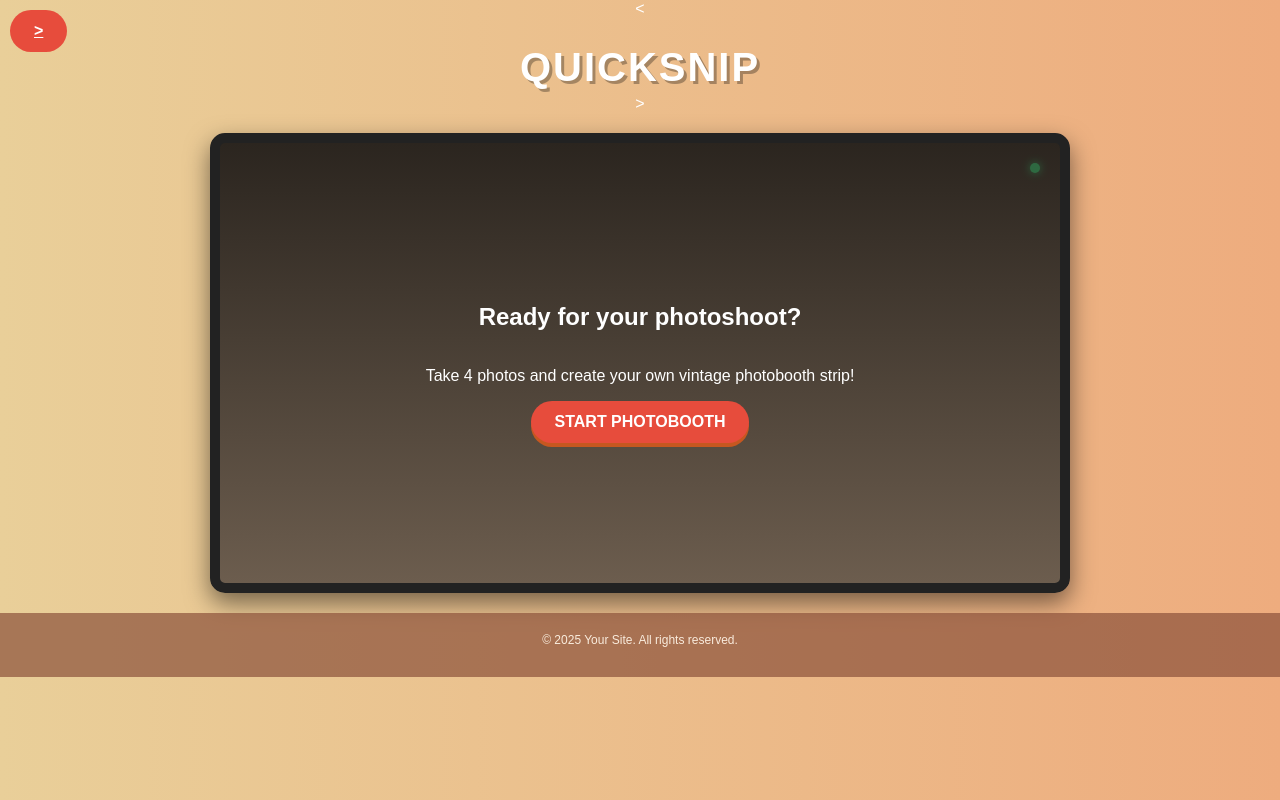
Repository: Strawb3rryjam/QuickSnip
Page: photobooth.html
These files come from the project's save history. The page is drawn as it stood at one moment and after the next save; the edit follows.
The browser window is 1280 px wide. The pictures show the whole page.
Some web fonts or font styles are not loaded; a fallback is used.

Above is the page before, as saved 2025-05-10 16:40:37.

### photobooth.html
<!DOCTYPE html>
<html lang="en">

<head>
    <meta charset="UTF-8">
    <meta name="viewport" content="width=device-width, initial-scale=1.0">
    <title>Retro Photobooth</title>
    <link rel="stylesheet" href="styles.css">

    <!--Font-->
    <link rel="preconnect" href="https://fonts.googleapis.com">
    <link rel="preconnect" href="https://fonts.gstatic.com" crossorigin>
    <link href="https://fonts.googleapis.com/css2?family=Titan+One&display=swap" rel="stylesheet">
</head>

<body>
    <div>
        <a href="index.html" id="home" class="button">></a>

    </div>


    < <h1>QUICKSNIP</h1>
        > <div class="container">
            <div class="retro-light"></div>

            <div class="start-screen" id="startScreen">

                <h2>Ready for your photoshoot?</h2>
                <p>Take 4 photos and create your own vintage photobooth strip!</p>
                <button id="startButton">Start Photobooth</button>
            </div>

            <div class="camera-container" id="cameraContainer">
                <video id="camera" autoplay playsinline></video>
                <div class="countdown" id="countdown"></div>
                <div class="flash" id="flash"></div>
                <div class="loading-message" id="loadingMessage">Initializing camera...</div>
            </div>



            <div class="controls" id="cameraControls" style="display: none;">
                <button id="captureButton">Take Photos</button>
            </div>

            <div class="photostrip-container" id="photostripContainer">
                <div class="photostrip" id="photostrip">
                    <div class="photostrip-branding"><img src="/assets/logo.svg" alt="QuickSnip Logo">
                    </div>
                </div>

                <div class="editor-tools">
                    <div>
                        <h3>Border Color</h3>
                        <div class="color-picker" id="colorPicker">
                            <div class="color selected" style="background-color: white;" data-color="white"></div>
                            <div class="color" style="background-color: #ffcc00;" data-color="#ffcc00"></div>
                            <div class="color" style="background-color: #ff6b6b;" data-color="#ff6b6b"></div>
                            <div class="color" style="background-color: #48dbfb;" data-color="#48dbfb"></div>
                            <div class="color" style="background-color: #1dd1a1;" data-color="#1dd1a1"></div>
                            <div class="color" style="background-color: #f368e0;" data-color="#f368e0"></div>
                            <div class="color" style="background-color: #ff9f43;" data-color="#ff9f43"></div>
                            <div class="color" style="background-color: black;" data-color="black"></div>
                        </div>
                    </div>

                    <div>
                        <h3>Add Stickers</h3>
                        <div class="stickers" id="stickerPicker">
                            <div class="sticker">⭐</div>
                            <div class="sticker">❤️</div>
                            <div class="sticker">🌈</div>
                            <div class="sticker">😎</div>
                            <div class="sticker">🎉</div>
                            <div class="sticker">✨</div>
                            <div class="sticker">💯</div>
                            <div class="sticker">🔥</div>
                            <div class="sticker">👑</div>
                            <div class="sticker">🦄</div>
                        </div>
                    </div>

                    <button id="downloadButton">Download Photostrip</button>
                    <button id="resetButton">Take New Photos</button>
                </div>
            </div>
        </div>

        <footer id="copyright">
            © 2025 Your Site. All rights reserved.
        </footer>

        <script src="https://cdnjs.cloudflare.com/ajax/libs/html2canvas/1.4.1/html2canvas.min.js"></script>
        <script src="scripts.js"></script>
        <script src="https://cdnjs.cloudflare.com/ajax/libs/html2canvas/1.4.1/html2canvas.min.js"></script>

</body>

</html>

### styles.css


body {
  font-family: 'titan-one-regular', sans-serif;
  background-color: #f0f0f0;
  margin: 0;
  padding: 0;
  padding-bottom: 80px;
  display: flex;
  flex-direction: column;
  align-items: center;
  min-height: 100vh;
  background-image: linear-gradient(to right,#E9CF99, #EEAC7E);
  color: white;
  text-align: center;
}

h1 {
  font-family: 'titan-one-regular', sans-serif;
  letter-spacing: 2px;
  font-size: 2.5rem;
  text-shadow: 3px 3px 0px rgba(0, 0, 0, 0.3);
  margin-bottom: 5px;
}


.photobooth-exterior {
  position: relative;
  width: 100vw;
  height: 100vh;
  overflow: hidden;
  display: flex;
  justify-content: center;
  align-items: center;
}



.entrance {
  position: absolute;
  top: 0;
  left: 0;
  width: 100%;
  height: 100%;
  object-fit: cover;
  object-position: center;
  z-index: -1;
}




#curtain {
  position: absolute;
  width: 20vw; /* Responsive width */
  height: 428px; /* Let it scale proportionally */
  left: 50%; /* Center-ish position */
  top: 35%;  /* Adjust as needed */
  transform: translate(-30%, -14%); /* Centers the image on its position point */
  object-fit: contain;
  cursor: pointer;
  z-index: 1; /* Above entrance image */
}


#home {
  position: absolute;
  top: 0;
  left: 0;
  background-color: #e74c3c;
  color: white;
  border: none;
  padding: 12px 24px;
  font-size: 16px;
  border-radius: 30px;
  cursor: pointer;
  transition: all 0.3s;
  font-weight: bold;
  text-transform: uppercase;

  margin-top: 10px;
  margin-left: 10px;
}




#home:hover {
  background-color: #e60000;
}




.container {
  max-width: 800px;
  width: 95%;
  background-image: linear-gradient(to bottom, #2b251f,#6C5D4E);
  border-radius: 15px;
  padding: 20px;
  box-shadow: 0 10px 25px rgba(0, 0, 0, 0.5);
  margin: 20px 0;
  border: 10px solid #222;
  position: relative;
}

.start-screen {
  display: flex;
  flex-direction: column;
  align-items: center;
  justify-content: center;
  height: 400px;
}

.camera-container {
  position: relative;
  margin: 0 auto;
  width: 100%;
  max-width: 640px;
  border-radius: 8px;
  overflow: hidden;
  display: none;
}

#camera {
  width: 100%;
  height: auto;
  background-color: #222;
  border-radius: 8px;
  transform: scaleX(-1);
}

.controls {
  margin-top: 20px;
  display: flex;
  justify-content: center;
  flex-wrap: wrap;
  gap: 10px;
}

button {
  background-color: #e74c3c;
  color: white;
  border: none;
  padding: 12px 24px;
  font-size: 16px;
  border-radius: 30px;
  cursor: pointer;
  transition: all 0.3s;
  font-weight: bold;
  box-shadow: 0 4px 0 #c65720;
  text-transform: uppercase;
}

button:hover {
  background-color: #dd8762;
  box-shadow: 0 2px 0 #9e2a1e;
  transform: translateY(2px);
}

button:active {
  transform: translateY(4px);
  box-shadow: none;
}

button:disabled {
  background-color: #999;
  box-shadow: none;
  cursor: not-allowed;
}

.countdown {
  position: absolute;
  top: 50%;
  left: 50%;
  transform: translate(-50%, -50%);
  font-size: 8rem;
  color: white;
  text-shadow: 0 0 10px #000;
  opacity: 0.8;
  display: none;
}

.flash {
  position: absolute;
  top: 0;
  left: 0;
  width: 100%;
  height: 100%;
  background-color: white;
  opacity: 0;
  transition: opacity 0.1s;
}

.photostrip-container {
  display: none;
  flex-direction: column;
  align-items: center;
  width: 100%;
}

.photostrip {
  display: flex;
  flex-direction: column;
  gap: 10px;
  background-color: white;
  padding: 20px;
  width: 240px;
  border-radius: 5px;
  box-shadow: 0 0 10px rgba(0,0,0,0.5);
  margin-bottom: 20px;
  position: relative;
}

.photostrip img {
  width: 100%;
  height: auto;
  border: 1px solid #ddd;
}

.photostrip-branding {
  color: #333;
  font-size: 12px;
  margin-top: 10px;
  text-align: center;
  font-family: 'Courier New', monospace;
}

.editor-tools {
  display: flex;
  flex-wrap: wrap;
  justify-content: center;
  gap: 10px;
  margin-top: 20px;
  width: 100%;
}

.color-picker {
  display: flex;
  flex-wrap: wrap;
  justify-content: center;
  gap: 5px;
  margin-bottom: 15px;
}

.color {
  width: 30px;
  height: 30px;
  border-radius: 50%;
  cursor: pointer;
  border: 2px solid transparent;
  transition: transform 0.2s;
}

.color:hover {
  transform: scale(1.2);
}

.color.selected {
  border: 2px solid white;
  box-shadow: 0 0 5px rgba(0,0,0,0.5);
}

.stickers {
  display: flex;
  flex-wrap: wrap;
  justify-content: center;
  gap: 10px;
  margin-bottom: 15px;
}

.sticker {
  font-size: 24px;
  cursor: pointer;
  background-color: rgba(255, 255, 255, 0.2);
  border-radius: 5px;
  padding: 5px;
  transition: transform 0.2s;
}

.sticker:hover {
  transform: scale(1.2);
}

.draggable-sticker {
  position: absolute;
  cursor: move;
  user-select: none;
  font-size: 24px;
}

.retro-light {
  position: absolute;
  width: 10px;
  height: 10px;
  background-color: #2ecc71;
  border-radius: 50%;
  top: 20px;
  right: 20px;
  box-shadow: 0 0 10px #2ecc71;
  animation: blink 2s infinite;
}

@keyframes blink {
  0%, 100% { opacity: 1; }
  50% { opacity: 0.4; }
}

.loading-message {
  font-size: 1.2rem;
  margin-bottom: 20px;
  animation: pulse 1.5s infinite;
}

@keyframes pulse {
  0%, 100% { opacity: 1; }
  50% { opacity: 0.5; }
}

#copyright {
  font-size: 12px;
  opacity: 0.7;
  text-align: center;
  background-color: #8C523B;
  padding: 20px 0 30px;
  width: 100%;
}


/* Photostrip printing animation */
@keyframes slideDown {
  0% {
    transform: translateY(-100%);
    filter: brightness(0);
  }
  30% {
    transform: translateY(0);
    filter: brightness(0);
  }
  100% {
    transform: translateY(0);
    filter: brightness(1);
  }
}

.photostrip {
  display: flex;
  flex-direction: column;
  gap: 10px;
  background-color: white;
  padding: 20px;
  width: 240px;
  border-radius: 5px;
  box-shadow: 0 0 10px rgba(0,0,0,0.5);
  margin-bottom: 20px;
  position: relative;
}

.photostrip.printing {
  animation: slideDown 3s ease-out forwards;
}

.photostrip.printing img {
  opacity: 0;
  animation: fadeIn 0.5s ease-out forwards;
}

/* Different delay for each photo to create sequential revealing effect */
.photostrip.printing img:nth-child(1) {
  animation-delay: 1.2s;
}

.photostrip.printing img:nth-child(2) {
  animation-delay: 1.7s;
}

.photostrip.printing img:nth-child(3) {
  animation-delay: 2.2s;
}

.photostrip.printing img:nth-child(4) {
  animation-delay: 2.7s;
}

.photostrip-branding.printing {
  opacity: 0;
  animation: fadeIn 0.5s ease-out forwards;
  animation-delay: 3s;
}

@keyframes fadeIn {
  from { opacity: 0; }
  to { opacity: 1; }
}

/* Printer sound effect styles */
.printer-sound {
  display: none;
}

/* Printing overlay effect */
.printing-overlay {
  position: fixed;
  top: 0;
  left: 0;
  width: 100%;
  height: 100%;
  background-color: rgba(0, 0, 0, 0.7);
  display: flex;
  justify-content: center;
  align-items: center;
  z-index: 1000;
  opacity: 0;
  pointer-events: none;
  transition: opacity 0.5s ease;
}

.printing-overlay.active {
  opacity: 1;
  pointer-events: auto;
}

.printing-message {
  font-size: 2rem;
  color: white;
  text-align: center;
  animation: pulse 1.5s infinite;
}

### scripts.js
document.addEventListener("DOMContentLoaded", () => {
  // DOM Elements
  const curtain = document.getElementById("curtain");

  if (curtain) {
    const frames = [
      "assets/curtain1.svg",
      "assets/curtain2.svg",
      "assets/curtain3.svg",
      "assets/curtain4.svg",
    ];

    let interval = 0;

    function animateCurtain(forward = true) {
      let index = forward ? 0 : frames.length - 1;
      clearInterval(interval);
      interval = setInterval(() => {
        curtain.src = frames[index];
        index = forward ? index + 1 : index - 1;
        if (index < 0 || index >= frames.length) clearInterval(interval);
      }, 100);
    }

    curtain.addEventListener("mouseenter", () => animateCurtain(true));
    curtain.addEventListener("mouseleave", () => animateCurtain(false));

    // 👉 Navigate to photobooth.html on click
    curtain.addEventListener("click", () => {
      window.location.href = "photobooth.html";
    });
  } else {
    console.error("Curtain element not found!");
  }

  // back to home button
  const homeButton = document.getElementById("home");
  if (homeButton) {
    homeButton.addEventListener("click", () => {
      window.location.href = "index.html";
    });
  }

  const startScreen = document.getElementById("startScreen");
  const cameraContainer = document.getElementById("cameraContainer");
  const camera = document.getElementById("camera");
  const captureButton = document.getElementById("captureButton");
  const startButton = document.getElementById("startButton");
  const cameraControls = document.getElementById("cameraControls");
  const countdown = document.getElementById("countdown");
  const flash = document.getElementById("flash");
  const photostripContainer = document.getElementById("photostripContainer");
  const photostrip = document.getElementById("photostrip");
  const downloadButton = document.getElementById("downloadButton");
  const resetButton = document.getElementById("resetButton");
  const colorPicker = document.getElementById("colorPicker");
  const stickerPicker = document.getElementById("stickerPicker");
  const loadingMessage = document.getElementById("loadingMessage");

  // App State
  let stream = null;
  let photosTaken = 0;
  const maxPhotos = 4;
  let photoElements = [];
  let isCountingDown = false;

  // Start the photobooth
  if (startButton) {
    startButton.addEventListener("click", initCamera);
  }

  // Initialize the camera
  async function initCamera() {
    startScreen.style.display = "none";
    cameraContainer.style.display = "block";

    try {
      stream = await navigator.mediaDevices.getUserMedia({
        video: {
          facingMode: "user",
          width: { ideal: 640 },
          height: { ideal: 480 },
        },
        audio: false,
      });

      camera.srcObject = stream;
      loadingMessage.style.display = "none";
      cameraControls.style.display = "flex";
      captureButton.addEventListener("click", startPhotoSequence);
    } catch (err) {
      loadingMessage.textContent = "Camera access denied or not available :(";
      console.error("Error accessing camera:", err);
    }
  }

  // Start the photo taking sequence
  function startPhotoSequence() {
    if (isCountingDown) return;

    isCountingDown = true;
    captureButton.disabled = true;
    startCountdown();
  }

  // Display countdown before taking photo
  function startCountdown() {
    let count = 3;
    countdown.textContent = count;
    countdown.style.display = "block";

    const countInterval = setInterval(() => {
      count--;

      if (count > 0) {
        countdown.textContent = count;
      } else {
        clearInterval(countInterval);
        countdown.style.display = "none";
        takePhoto();
      }
    }, 1000);
  }

  // Take a photo
  function takePhoto() {
    // Create flash effect
    flash.style.opacity = "0.8";
    setTimeout(() => {
      flash.style.opacity = "0";
    }, 100);

    // Create the canvas to capture the photo
    const canvas = document.createElement("canvas");
    const context = canvas.getContext("2d");

    // Set canvas dimensions to match the video
    canvas.width = camera.videoWidth;
    canvas.height = camera.videoHeight;

    // Draw the video frame on the canvas, flip horizontally
    context.translate(canvas.width, 0);
    context.scale(-1, 1);
    context.drawImage(camera, 0, 0, canvas.width, canvas.height);

    // Convert canvas to image
    const imgUrl = canvas.toDataURL("image/jpeg");

    // Add to photostrip
    photosTaken++;
    const photoElement = document.createElement("img");
    photoElement.src = imgUrl;
    photoElement.alt = `Photo ${photosTaken}`;
    photoElements.push(photoElement);

    // Check if we need to take more photos
    if (photosTaken < maxPhotos) {
      // Wait before next photo
      setTimeout(() => {
        isCountingDown = false;
        startCountdown();
      }, 1000);
    } else {
      // We're done taking photos
      finishPhotoSession();
    }
  }

  // Finish photo session and show the photostrip
  function finishPhotoSession() {
    // Stop camera
    if (stream) {
      stream.getTracks().forEach((track) => track.stop());
      stream = null;
    }

    // Hide camera UI
    cameraContainer.style.display = "none";
    cameraControls.style.display = "none";

    // Show printing overlay
    const printingOverlay = document.createElement("div");
    printingOverlay.className = "printing-overlay active";

    const printingMessage = document.createElement("div");
    printingMessage.className = "printing-message";
    printingMessage.textContent = "Printing your photos...";

    printingOverlay.appendChild(printingMessage);
    document.body.appendChild(printingOverlay);

    // Play printer sound
    const printerSound = document.getElementById("printerSound");
    if (printerSound) {
      printerSound.play();
    } else {
      // Fallback if the element doesn't exist in HTML
      const audioElement = document.createElement("audio");
      audioElement.className = "printer-sound";
      audioElement.src = "assets/printer-sound.mp3";
      audioElement.autoplay = true;
      document.body.appendChild(audioElement);
    }

    // Show photostrip container
    photostripContainer.style.display = "flex";

    // Add the printing class to photostrip
    photostrip.classList.add("printing");

    // Add printing class to branding
    const branding = photostrip.querySelector(".photostrip-branding");
    if (branding) {
      branding.classList.add("printing");
    }

    // Add photos to photostrip with a delay for the animation
    setTimeout(() => {
      for (let i = 0; i < photoElements.length; i++) {
        photostrip.appendChild(photoElements[i]);
      }

      // Remove the overlay after the animation completes
      setTimeout(() => {
        printingOverlay.classList.remove("active");
        setTimeout(() => {
          printingOverlay.remove();
          if (document.querySelector(".printer-sound")) {
            document.querySelector(".printer-sound").remove();
          }
        }, 500);
      }, 3200); // slightly longer than our animation

      // Initialize the editing tools
      initEditingTools();
    }, 300);
  }

  // Initialize editing tools for photostrip
  function initEditingTools() {
    // Color picker functionality
    if (colorPicker) {
      colorPicker.querySelectorAll(".color").forEach((colorEl) => {
        colorEl.addEventListener("click", () => {
          // Remove selected class from all colors
          colorPicker.querySelectorAll(".color").forEach((el) => {
            el.classList.remove("selected");
          });

          // Add selected class to clicked color
          colorEl.classList.add("selected");

          // Apply color to photostrip
          const selectedColor = colorEl.getAttribute("data-color");
          photostrip.style.backgroundColor = selectedColor;
        });
      });
    }

    // Sticker functionality
    if (stickerPicker) {
      stickerPicker.querySelectorAll(".sticker").forEach((stickerEl) => {
        stickerEl.addEventListener("click", () => {
          addSticker(stickerEl.textContent);
        });
      });
    }

    // Download button
    if (downloadButton) {
      downloadButton.addEventListener("click", downloadPhotostrip);
    }

    // Reset button
    if (resetButton) {
      resetButton.addEventListener("click", resetPhotobooth);
    }
  }

  // Add a draggable sticker to the photostrip
  function addSticker(emoji) {
    const sticker = document.createElement("div");
    sticker.classList.add("draggable-sticker");
    sticker.textContent = emoji;
    sticker.style.left = "50%";
    sticker.style.top = "50%";
    sticker.style.transform = "translate(-50%, -50%)";
    photostrip.appendChild(sticker);

    // Make sticker draggable
    let isDragging = false;
    let offsetX, offsetY;

    sticker.addEventListener("mousedown", (e) => {
      isDragging = true;
      const rect = sticker.getBoundingClientRect();
      offsetX = e.clientX - rect.left;
      offsetY = e.clientY - rect.top;
      sticker.style.zIndex = "1000";
    });

    document.addEventListener("mousemove", (e) => {
      if (!isDragging) return;

      const photoRect = photostrip.getBoundingClientRect();
      const x = e.clientX - photoRect.left - offsetX;
      const y = e.clientY - photoRect.top - offsetY;

      sticker.style.left = `${x}px`;
      sticker.style.top = `${y}px`;
      sticker.style.transform = "none";
    });

    document.addEventListener("mouseup", () => {
      isDragging = false;
      sticker.style.zIndex = "999";
    });

    // Touch support for mobile
    sticker.addEventListener("touchstart", (e) => {
      isDragging = true;
      const touch = e.touches[0];
      const rect = sticker.getBoundingClientRect();
      offsetX = touch.clientX - rect.left;
      offsetY = touch.clientY - rect.top;
      sticker.style.zIndex = "1000";
      e.preventDefault();
    });

    document.addEventListener("touchmove", (e) => {
      if (!isDragging) return;

      const touch = e.touches[0];
      const photoRect = photostrip.getBoundingClientRect();
      const x = touch.clientX - photoRect.left - offsetX;
      const y = touch.clientY - photoRect.top - offsetY;

      sticker.style.left = `${x}px`;
      sticker.style.top = `${y}px`;
      sticker.style.transform = "none";
      e.preventDefault();
    });

    document.addEventListener("touchend", () => {
      isDragging = false;
      sticker.style.zIndex = "999";
    });
  }

  // Download the photostrip
  function downloadPhotostrip() {
    // Remove printing class if it exists
    photostrip.classList.remove("printing");

    // Get all stickers to make sure they're included in the download
    const stickers = photostrip.querySelectorAll(".draggable-sticker");
    stickers.forEach((sticker) => {
      sticker.style.position = "absolute"; // Ensure position is maintained in screenshot
    });

    html2canvas(photostrip).then((canvas) => {
      const link = document.createElement("a");
      link.download = "retro-photostrip.jpg";
      link.href = canvas.toDataURL("image/jpeg", 0.8);
      link.click();
    });
  }

  // Reset the photobooth to start again
  function resetPhotobooth() {
    // Reset counters and arrays
    photosTaken = 0;
    photoElements = [];

    // Clear the photostrip
    const photos = photostrip.querySelectorAll("img");
    const stickers = photostrip.querySelectorAll(".draggable-sticker");

    photos.forEach((photo) => photo.remove());
    stickers.forEach((sticker) => sticker.remove());

    // Remove printing classes
    photostrip.classList.remove("printing");
    const branding = photostrip.querySelector(".photostrip-branding");
    if (branding) {
      branding.classList.remove("printing");
    }

    // Reset photostrip color
    photostrip.style.backgroundColor = "white";
    colorPicker.querySelectorAll(".color").forEach((el) => {
      el.classList.remove("selected");
    });
    colorPicker.querySelector('[data-color="white"]').classList.add("selected");

    // Hide photostrip and show start screen
    photostripContainer.style.display = "none";
    startScreen.style.display = "flex";

    // Reset buttons
    captureButton.disabled = false;
    isCountingDown = false;
  }
});

After the next save:
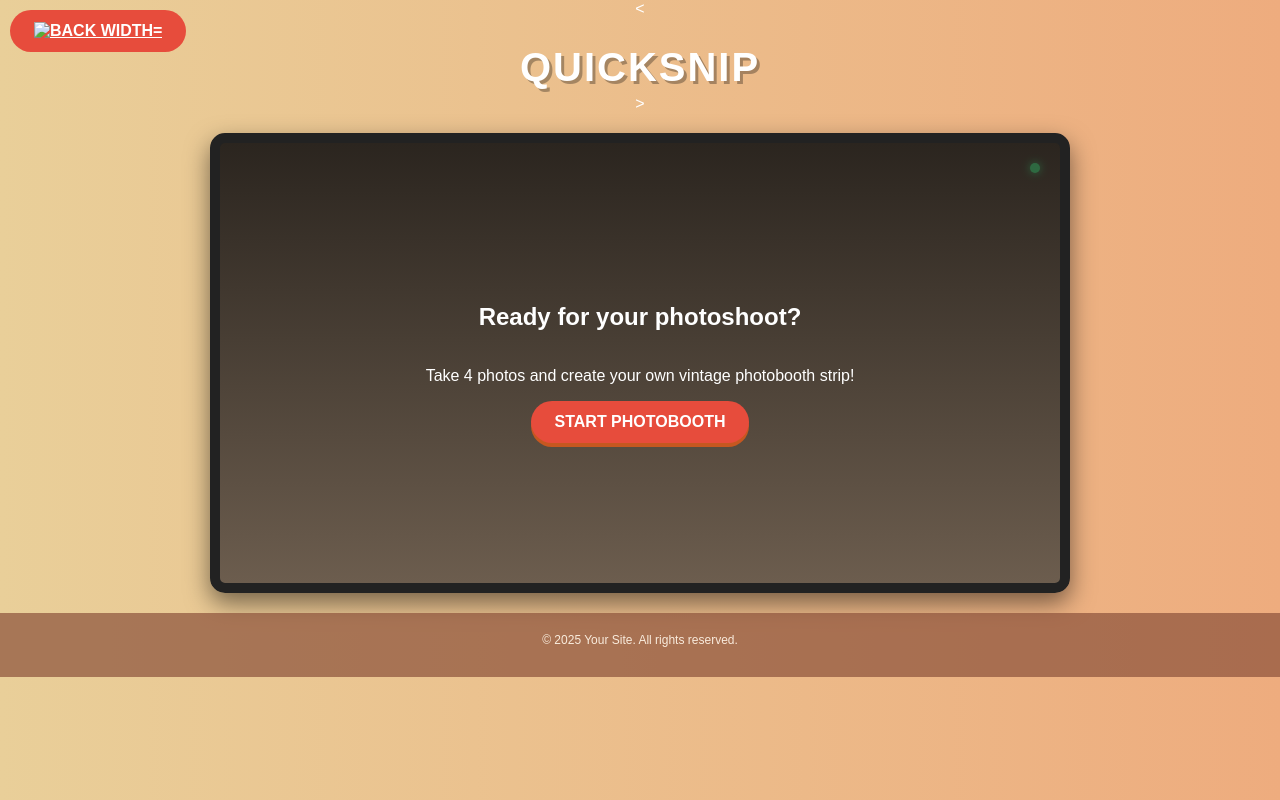
Not found: back.svg
Saved 49 s later.
--- a/photobooth.html
+++ b/photobooth.html
@@ -15,8 +15,9 @@
 
 <body>
     <div>
-        <a href="index.html" id="home" class="button">></a>
-
+        <a href="index.html" id="home" class="button">
+            <img src="back.svg" alt="back width=" 500" height="600">
+        </a>
     </div>
 
 
